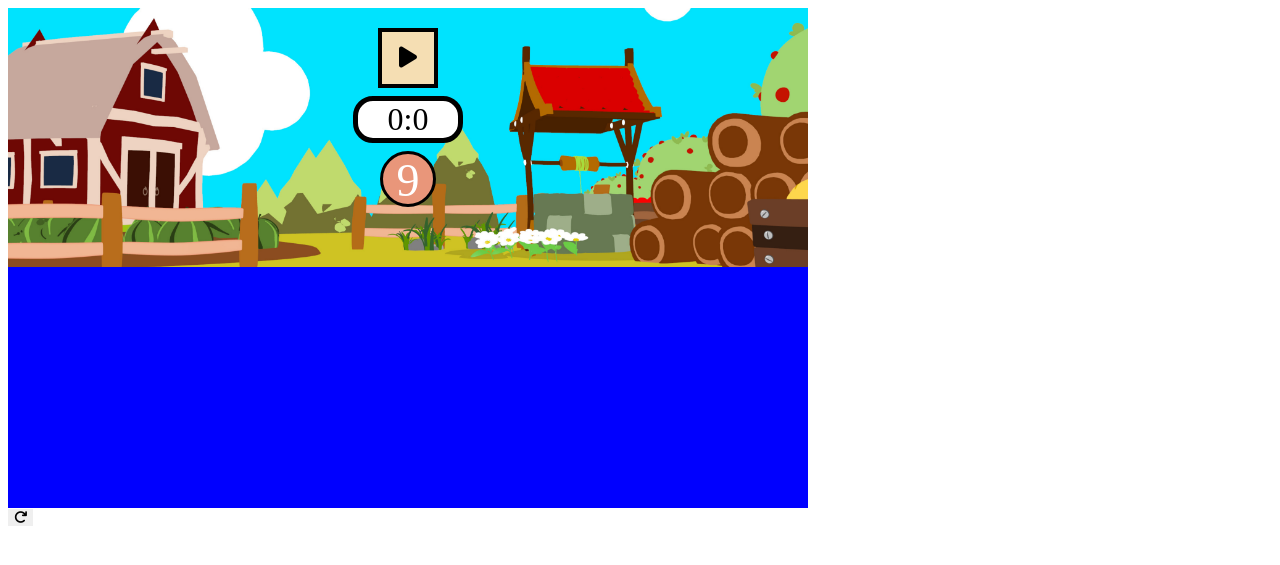
Repository: rumor1993/DreamCoding-Browser101
Page: Chapter07/ellie/index.html
These files come from the project's save history. The page is drawn as it stood at one moment and after the next save; the edit follows.
The browser window is 1280 px wide. The pictures show the whole page.
Some web libraries are served in a nearby version.

Above is the page before, as saved 2021-01-03 18:43:28.

### Chapter07/ellie/index.html
<!DOCTYPE html>
<html lang="en">
  <head>
    <meta charset="UTF-8" />
    <meta name="viewport" content="width=device-width, initial-scale=1.0" />
    <title>Document</title>
    <link rel="stylesheet" href="index.css" />
    <script src="https://kit.fontawesome.com/86c035f01d.js" crossorigin="anonymous"></script>
    <script src="index.js"></script>
  </head>
  <body>
    <section class="game">
      <header class="game-header">
        <button class="game-button">
          <i class="fas fa-play"></i>
        </button>
        <span class="game-timer">0:0</span>
        <span class="game-score">9</span>
      </header>
      <section class="game-field"></section>
    </section>
    <section class="pop-up">
      <button class="pop-up-refresh">
        <i class="fas fa-redo"></i>
      </button>
      <span class="pop-up-message"></span>
    </section>
  </body>
</html>

### Chapter07/ellie/index.css
button {
  border: none;
  outline: none;
  cursor: pointer;
}

.game {
  display: flex;
  flex-direction: column;
  width: 800px;
  height: 500px;
  background: url("../carrot/img/background.png") center/cover;
}

.game-header {
  display: flex;
  flex-direction: column;
  align-items: center;
  padding: 20px;
}

.game-button {
  width: 60px;
  height: 60px;
  background-color: wheat;
  border: 4px solid black;
  font-size: 24px;
  transition: transform 300ms ease-in;
}

.game-button:hover {
  transform: scale(1.1);
}

.game-timer {
  width: 100px;
  background-color: white;
  text-align: center;
  border: 5px solid black;
  border-radius: 20px;
  font-size: 32px;
  margin-top: 8px;
}

.game-score {
  text-align: center;
  width: 50px;
  height: 50px;
  font-size: 46px;
  margin-top: 8px;
  border: 3px solid black;
  border-radius: 50%;
  background-color: darksalmon;
  color: white;
}

.game-field {
  width: 100%;
  height: 100%;
  margin-top: 40px;
  background-color: blue;
}

### Chapter07/ellie/index.js
window.addEventListener("load", () => {
  const section = document.querySelector("section");
  let carrotCount = 10;

  for (let i = 0; i < carrotCount; i++) {
    createCarrot();
    createBug();
  }

  function createCarrot() {
    const carrot = document.createElement("div");
    carrot.setAttribute("class", "carrot");
    section.appendChild(carrot);
  }

  function createBug() {
    const bug = document.createElement("div");
    bug.setAttribute("class", "bug");
    section.appendChild(bug);
  }
});

After the next save:
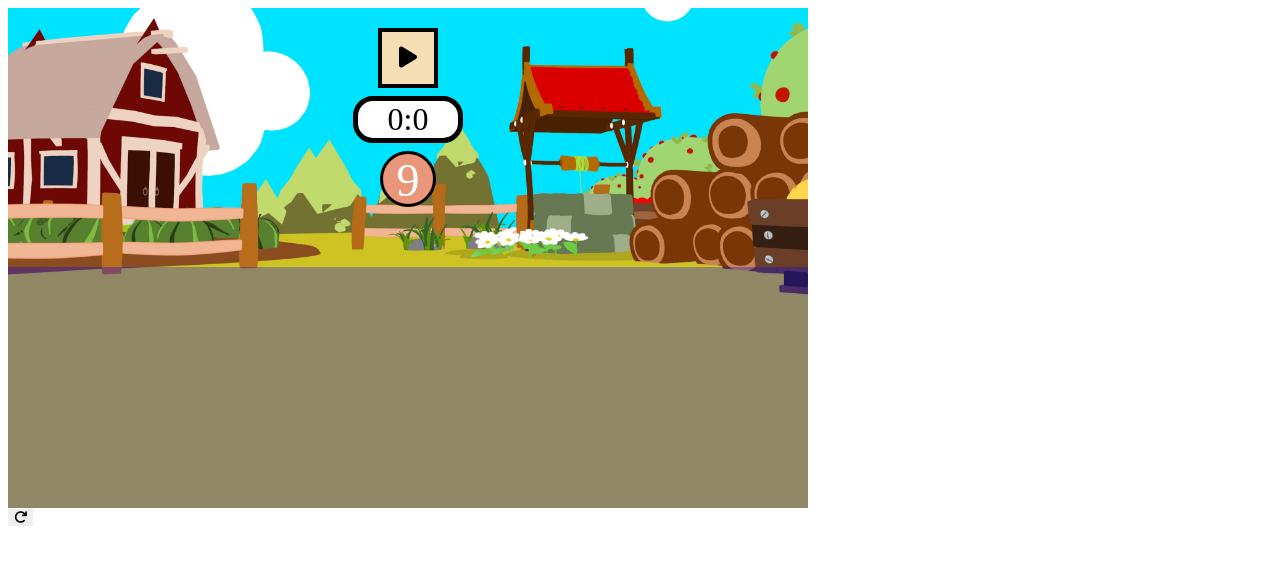
Saved 18 s later.
--- a/Chapter07/ellie/index.css
+++ b/Chapter07/ellie/index.css
@@ -59,4 +59,5 @@ button {
   height: 100%;
   margin-top: 40px;
   background-color: blue;
+  opacity: 0.3;
 }
